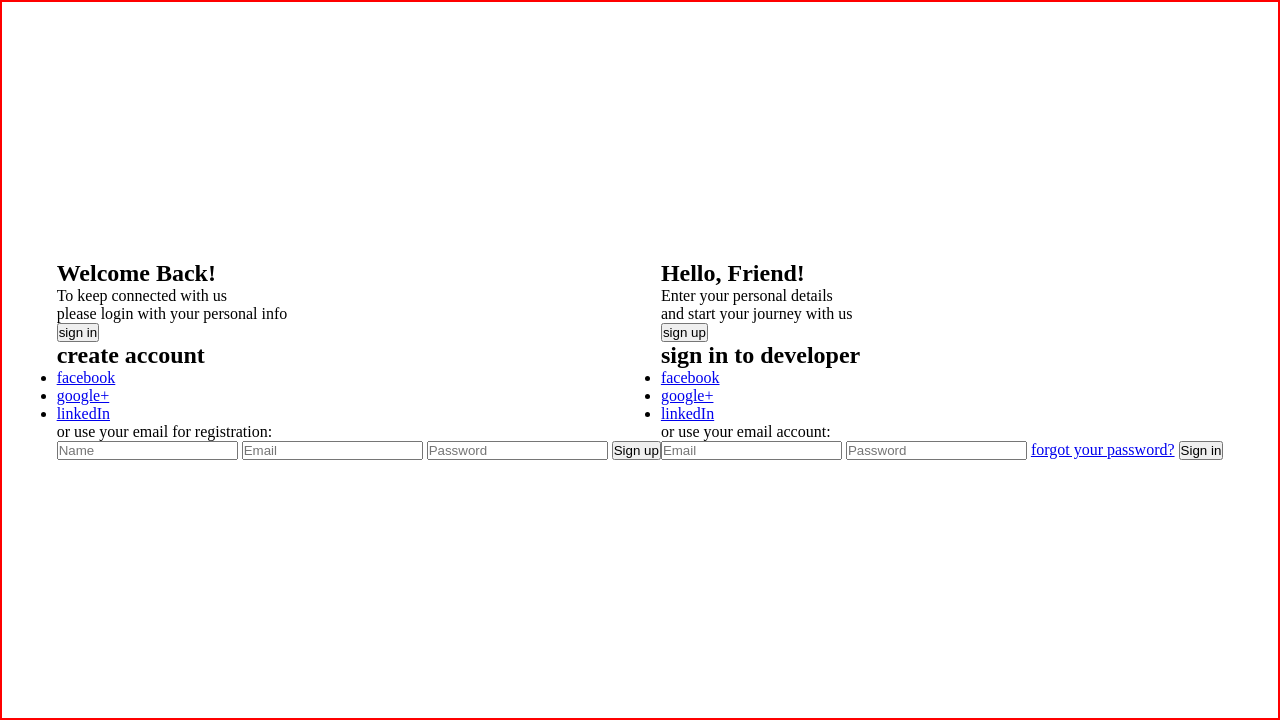
Repository: Gcodeco/ii9Telecom
Page: dist/public/login.html
These files come from the project's save history. The page is drawn as it stood at one moment and after the next save; the edit follows.
The browser window is 1280 px wide. The pictures show the whole page.

Above is the page before, as saved 2024-10-29 21:59:10.

### dist/public/login.html
<!DOCTYPE html>
<html lang="en">
<head>
    <meta charset="UTF-8">
    <meta name="viewport" content="width=device-width, initial-scale=1.0">
    <title>Document</title>
    <link rel="stylesheet" href="css/style.css">
</head>
<body>
    <div class="container-login">
        <div class="content first content">
            <div class="first column">
                <h2 class="title">Welcome Back!</h2>
                <p class="description">To keep connected with us</p>
                <p class="description">please login with your personal info</p>
                <button class="btn">sign in</button>
            </div>
            <div class="second column">
                <h2 class="title">create account</h2>
                <div class="social-media">
                    <ul>
                        <li class="li"><a href="#">facebook</a></li>
                        <li class="li"><a href="#">google+</a></li>
                        <li class="li"><a href="#">linkedIn</a></li>
                    </ul>
                </div>
                <p class="description">or use your email for registration:</p>
                <form class="form">
                    <input type="text" placeholder="Name">
                    <input type="text" placeholder="Email">
                    <input type="text" placeholder="Password">
                    <button class="btn">Sign up</button>
                </form>
            </div>
        </div>
        <div class="content second content">
            <div class="content first content">
                <div class="first column">
                    <h2 class="title">Hello, Friend!</h2>
                    <p class="description">Enter your personal details</p>
                    <p class="description">and start your journey with us</p>
                    <button class="btn">sign up</button>
                </div>
                <div class="second column">
                    <h2 class="title">sign in to developer</h2>
                    <div class="social-media">
                        <ul>
                            <li class="li"><a href="#">facebook</a></li>
                            <li class="li"><a href="#">google+</a></li>
                            <li class="li"><a href="#">linkedIn</a></li>
                        </ul>
                    </div>
                    <p class="description">or use your email account:</p>
                    <form class="form">
                        <input type="text" placeholder="Email">
                        <input type="text" placeholder="Password">
                        <a href="#">forgot your password?</a>
                        <button class="btn">Sign in</button>
                    </form>
                </div>
            </div>
        </div>
    </div>
</body>
</html>

### dist/public/css/style.css
* {
    margin: 0;
    padding: 0;
    box-sizing: border-box;
}

.container-login{
    display: flex;
    border: 2px solid red;
    justify-content: center;
    align-items: center;
    height: 100vh;
}

After the next save:
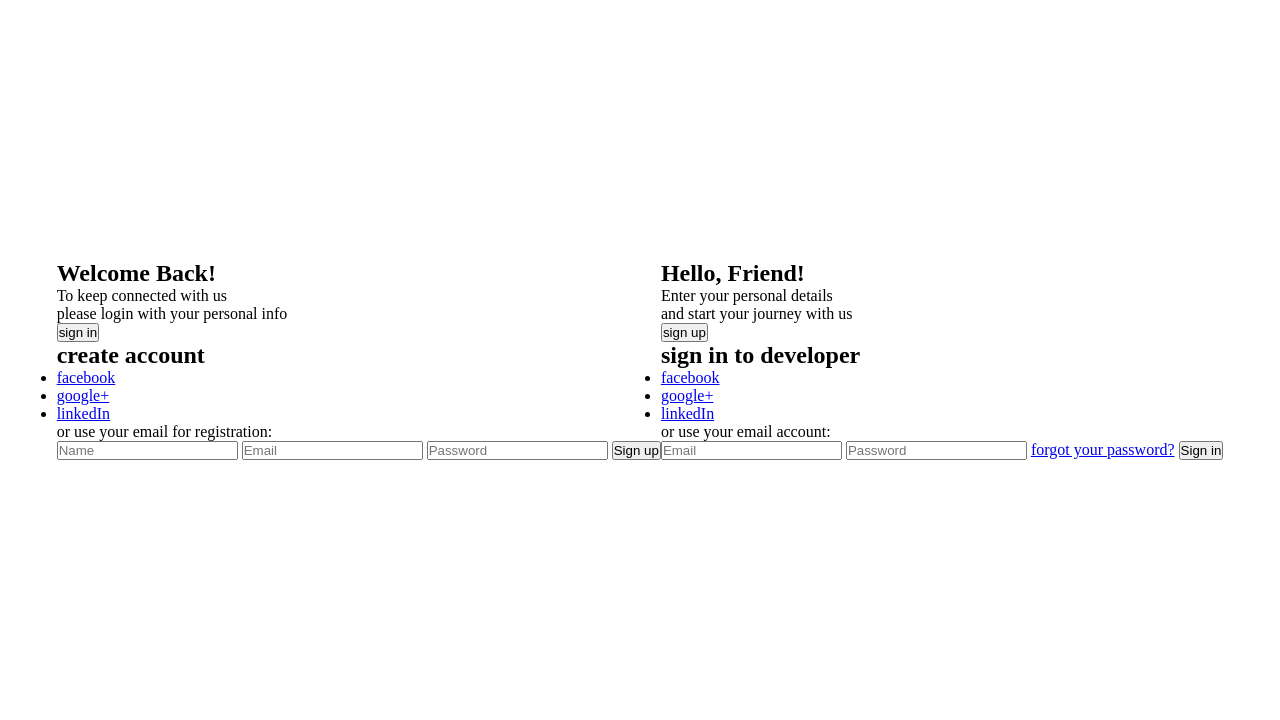
Saved 17 s later.
--- a/dist/public/css/style.css
+++ b/dist/public/css/style.css
@@ -6,7 +6,7 @@
 
 .container-login{
     display: flex;
-    border: 2px solid red;
+    border: 2px;
     justify-content: center;
     align-items: center;
     height: 100vh;
